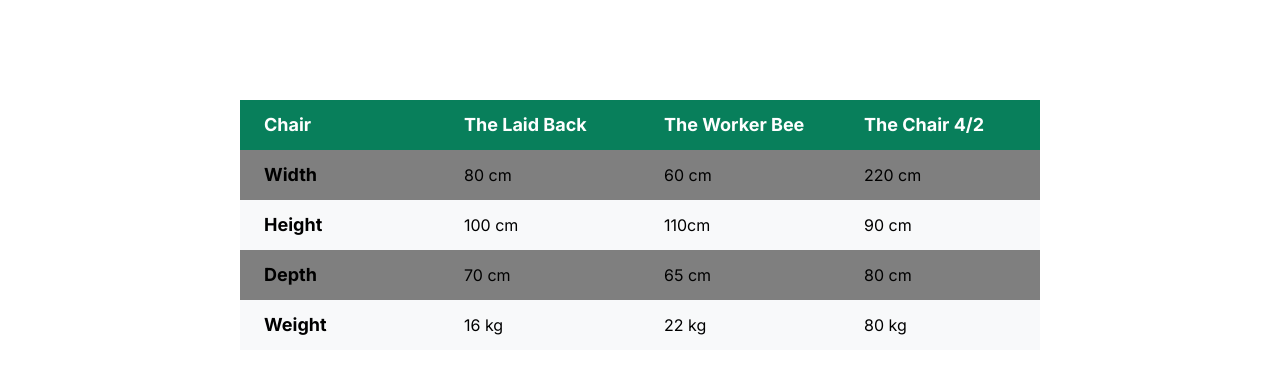
Repository: Ahmed123rezk123/06-Components
Page: table.html
The author's editor kept a copy of each file at every save. The page is drawn from the files as they stood at one save, then again after the next save.
The browser window is 1280 px wide. The pictures show the whole page.

Above is the page before, as saved 2024-09-16 09:46:40.

After the next save:
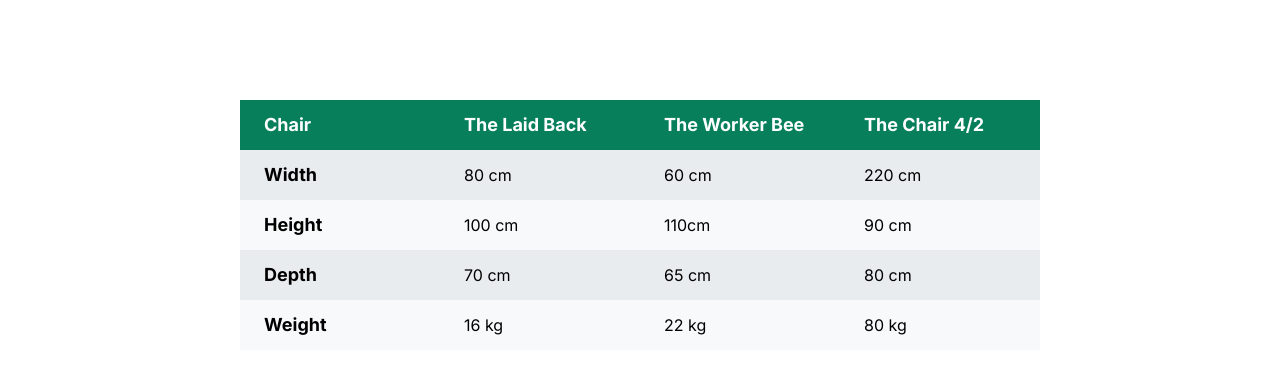
Saved 7 s later.
--- a/table.html
+++ b/table.html
@@ -49,7 +49,7 @@
         background-color: #f8f9fa;
       }
       tbody tr:nth-child(odd) {
-        background-color: rgb(0, 0, 0, 0.5);
+        background-color: #e9ecef;
       }
     </style>
     <title>Table</title>
